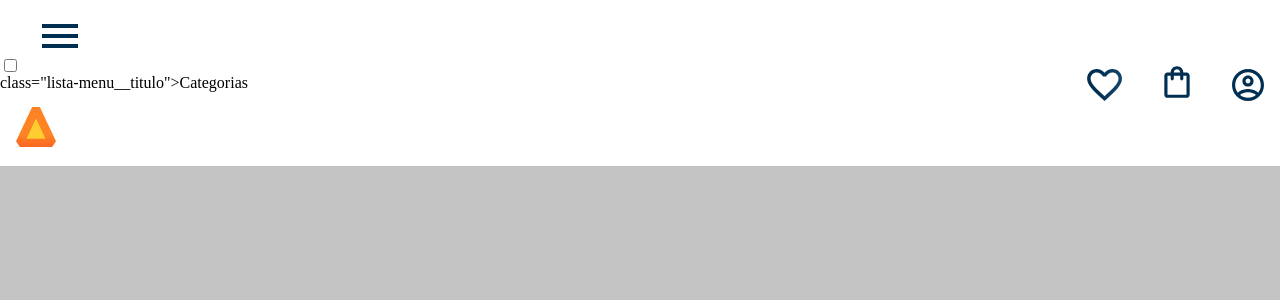
Repository: DamnDTX/projeto-mobile
Page: index.html
The author's editor kept a copy of each file at every save. The page is drawn from the files as they stood at one save, then again after the next save.
The browser window is 1280 px wide. The pictures show the whole page.

Above is the page before, as saved 2023-07-26 22:21:30.

### index.html
<!DOCTYPE html>
<html lang="pt-br">
<head>
    <meta charset="UTF-8">
    <meta name="viewport" content="width=device-width, initial-scale=1.0">
    <title>Mobile project</title>
    <link href="./styles/reset.css" rel="stylesheet">
    <link href="./styles/styles.css" rel="stylesheet">


</head>
<body>
    <header class="cabecalho">
       <!--ELEMENTOS Á ESQUERDA-->

        <div class="container">
            <input type="checkbox" id="menu" class="container__botao">
            <label for="menu">
            <span class="cabecalho__menu-hamburguer container__imagem"></span>
            </label>
            <ul class="lista-menu">
                <li> class="lista-menu__titulo">Categorias
                </li>
            </ul>
             <img src="./img/Logo.svg" class="container__imagem" alt="logo-AluraBooks">
    </div>

        <!--ELEMENTOS Á DIREITA-->

    <div class="container">
        <a href="#"><img src="./img/Favoritos.svg " class="container__imagem" alt="Favoritos"></a>

        <a href="#"><img src="./img/Sacola.svg" class="container__imagem"   alt="Sacola"></a>

        <a href="#"><img src="./img/Usuario.svg"  class="container__imagem" alt="Usuario"></a>
    </div>

</header>
    <main></main>
    <footer>

    </footer>
</body>
</html>

### styles/styles.css
@import url(../styles/header.css);
/* Usamos o '@import" aqui pelo motivo de ser mais rádio o carregamento do arquivo, além de deixar o index.html com menos códigos*/


:root{
    --cor-de-fundo-branco:#FFFFFF;
    --cor-de-fundo: #C4C4C4;
    --cor-titulos:#002F52;
    --cor--botoes:#EB9B00;
    --fonte-geral: 'Poppins', sans-serif;
    --tamanho-fonte-titulo:2rem;
}

@import url('https://fonts.googleapis.com/css2?family=Poppins&display=swap');

body{
    background-color: var(--cor-de-fundo);
}

.cabecalho{
    background-color: white;
    display: flex;
    justify-content: space-between;
    align-items: center;
}

### styles/header.css
.cabecalho__menu-hamburguer {
    width:40px;
    height:40px;
    background-image: url(../img/Menu.svg);
    display: inline-block;
}

/* inline-block pois assim permite ajustes de altura e largura, lembrando que com o display=block não conseguimos fazer tais ajustes */

.cabecalho{
    background-color: var(--cor-de-fundo-branco);
    display: flex;
    justify-content: space-between;
    align-items: center;
}

/*APÓS ESTA LINHA ACIMA OS ELEMENTOS FICARAM Á ESQUERDA, MAS ISTO ACONTECEU POIS COLOCAMOS-O EM OUTRO ARQUIVO CSS, ESTE ESQUEMA É MUITO BOM QUANDO PRECISAMOS FAZER UM MENU DESSE JEITO SEM USAR JAVASCRIPT, CLARO, O GRANDE SEGREDO FOI O 'justify-content'*/

.container__imagem{
    padding: 1rem;
    background-position: center;
    background-repeat: no-repeat;
}

Loaded but not shown: styles/reset.css (common file)

After the next save:
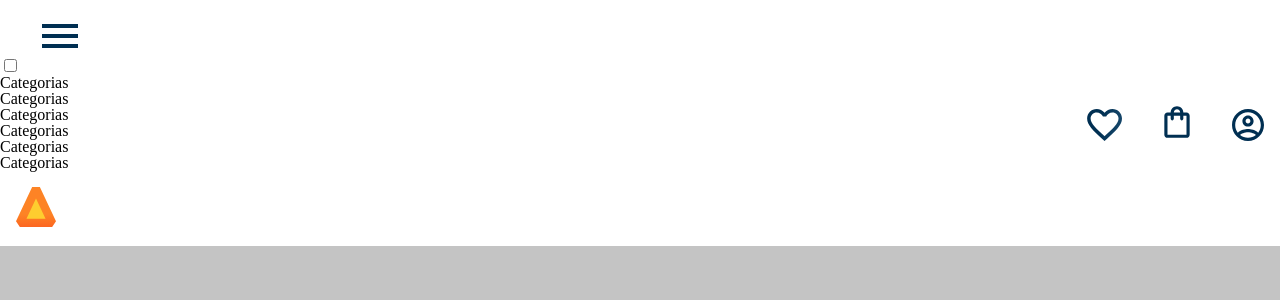
Saved 65 s later.
--- a/index.html
+++ b/index.html
@@ -19,7 +19,17 @@
             <span class="cabecalho__menu-hamburguer container__imagem"></span>
             </label>
             <ul class="lista-menu">
-                <li> class="lista-menu__titulo">Categorias
+                <li class="lista-menu__titulo">Categorias
+                </li>
+                <li class="lista-menu__titulo">Categorias
+                </li>
+                <li class="lista-menu__titulo">Categorias
+                </li>
+                <li class="lista-menu__titulo">Categorias
+                </li>
+                <li class="lista-menu__titulo">Categorias
+                </li>
+                <li class="lista-menu__titulo">Categorias
                 </li>
             </ul>
              <img src="./img/Logo.svg" class="container__imagem" alt="logo-AluraBooks">
